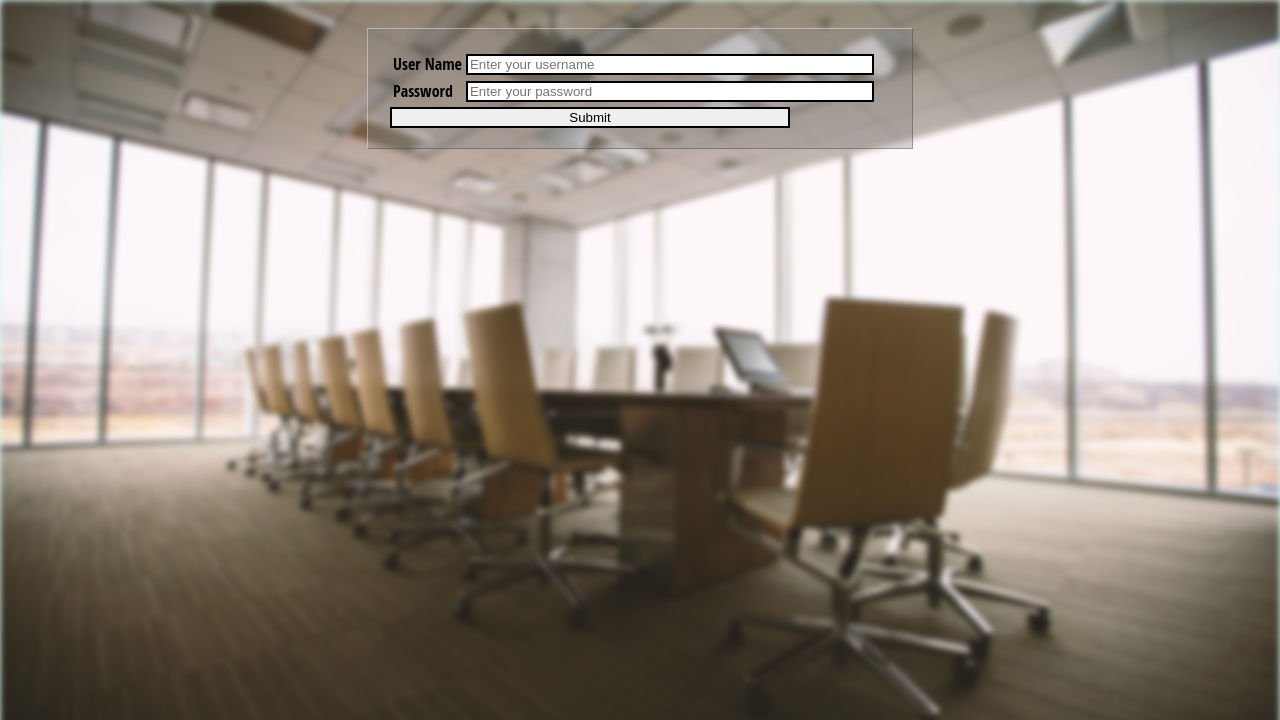
Repository: IT20643218/Employee-Management-System-OOP-Project-20-Y2S2
Page: http://localhost/EmployeeDemo/login.jsp
An editor plug-in stored every save of this project. The page is shown before and after the next save, followed by the edit.
The browser window is 1280 px wide. The pictures show the whole page.
Some web fonts or font styles are not loaded; a fallback is used. The page is served by Tomcat 9. Nobody is signed in. The application's start-up code is not run.

Above is the page before, as saved 2021-09-30 12:49:39.

After the next save:
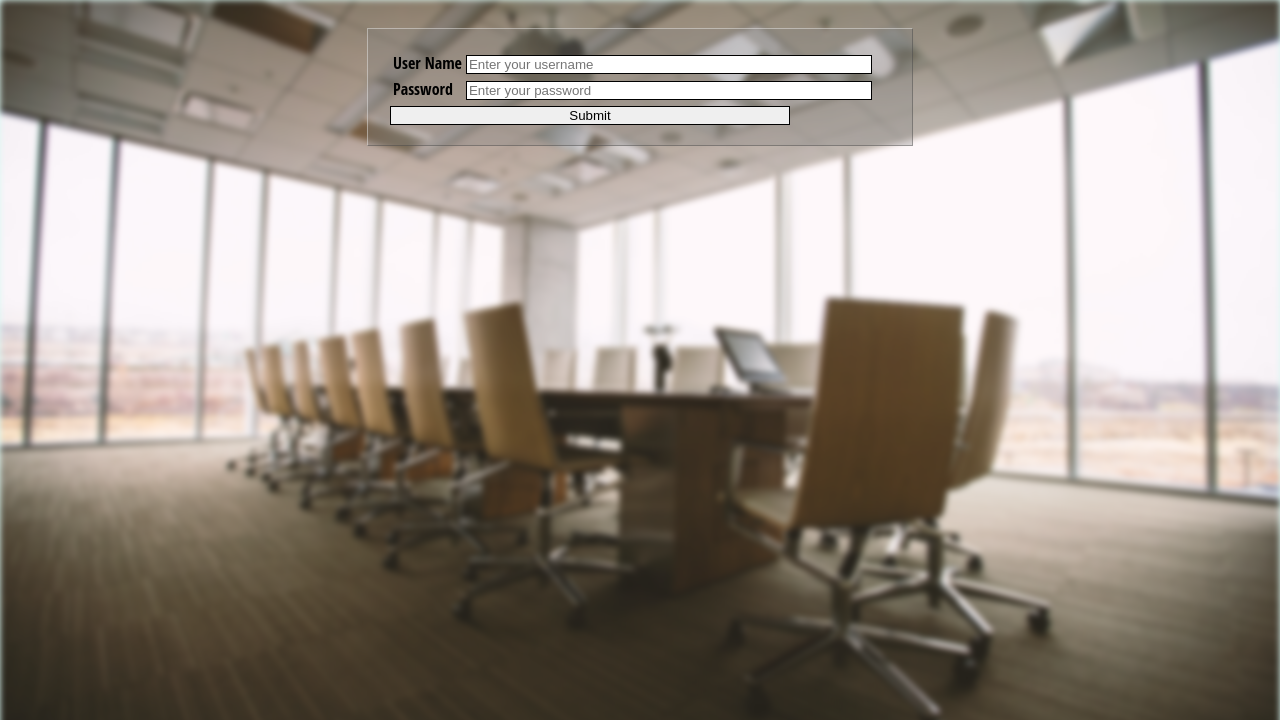
Saved 13 s later.
--- a/Java_Project/EmployeeDemo/src/main/webapp/login.jsp
+++ b/Java_Project/EmployeeDemo/src/main/webapp/login.jsp
@@ -42,7 +42,7 @@ form {
 
 form input, form button {
 	width: 400px;
-	 border: 2px solid;
+	 border: 1px solid;
 }
 </style>
 <body>
